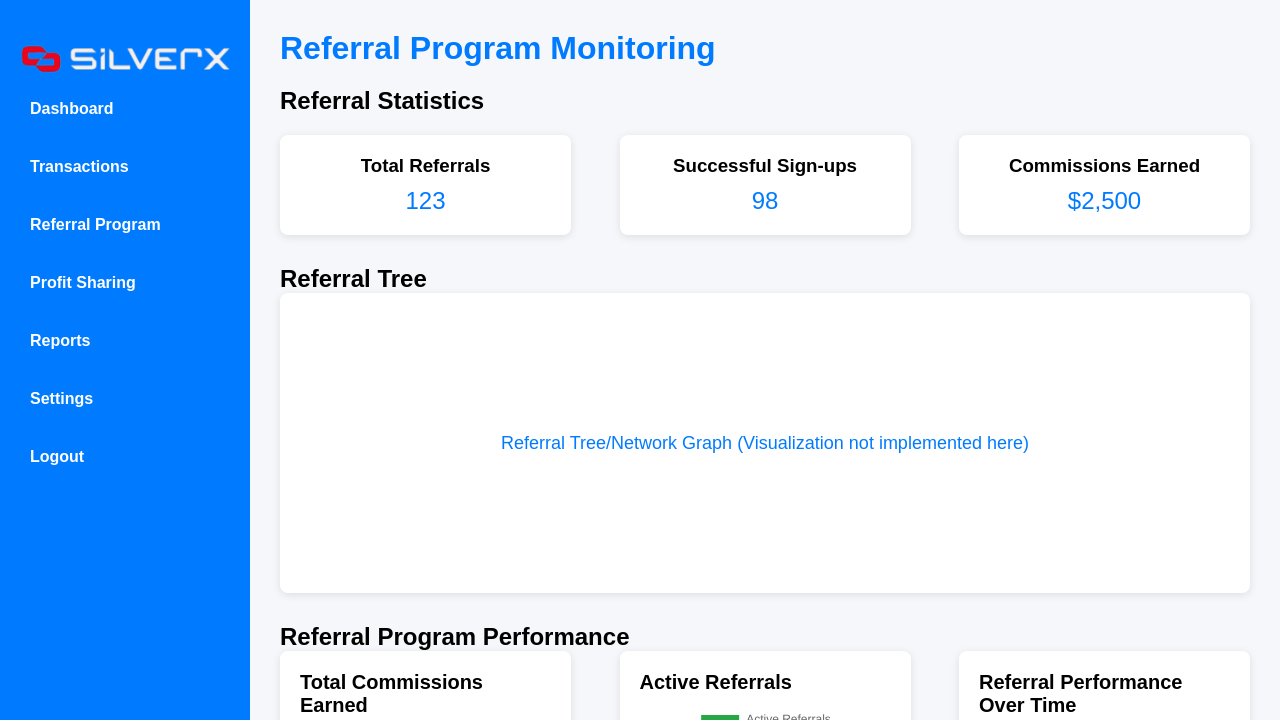
Repository: 2025silverx/slivedrX
Page: indesx3.html
An editor plug-in stored every save of this project. The page is shown before and after a run of saves, followed by the edit.
The browser window is 1280 px wide. The pictures show the whole page.
An inner scrolling area shows only its first screen.

Above is the page before, as saved 2025-01-21 22:21:57.

### indesx3.html
<!DOCTYPE html>
<html lang="en">
<head>
    <meta charset="UTF-8">
    <meta name="viewport" content="width=device-width, initial-scale=1.0">
    <title>Referral Program Monitoring</title>
    <link rel="stylesheet" href="style3.css">
    <!-- Include Chart.js for graphs -->
    <script src="https://cdn.jsdelivr.net/npm/chart.js"></script>
</head>
<body>
    <div id="sidebar-container">
        <div class="sidebar">
            <img src="images/logo.png" alt="Sidebar Logo" class="sidebar-logo">
            <ul class="sidebar-links">
                <li><a href="index.html" class="sidebar-link" data-target="dashboard">Dashboard</a></li>
                <li><a href="index2.html" class="sidebar-link" data-target="transactions">Transactions</a></li>
                <li><a href="indesx3.html" class="sidebar-link" data-target="reports">Referral Program</a></li>
                <li><a href="index4.html" class="sidebar-link" data-target="users">Profit Sharing</a></li>
                <li><a href="index5.html" class="sidebar-link" data-target="reports">Reports</a></li>
                <li><a href="setting.html" class="sidebar-link" data-target="settings">Settings</a></li>
                <li><a href="login.html" class="sidebar-link" data-target="logout">Logout</a></li>
            </ul>
        </div>
    </div>

    <div class="main-content">
        <h1>Referral Program Monitoring</h1>

        <!-- Referral Statistics Section -->
        <section class="referral-statistics">
            <h2>Referral Statistics</h2>
            <div class="statistics">
                <div class="stat-box">
                    <h3>Total Referrals</h3>
                    <p>123</p>
                </div>
                <div class="stat-box">
                    <h3>Successful Sign-ups</h3>
                    <p>98</p>
                </div>
                <div class="stat-box">
                    <h3>Commissions Earned</h3>
                    <p>$2,500</p>
                </div>
            </div>
        </section>

        <!-- Referral Tree/Network Graph -->
        <section class="referral-tree">
            <h2>Referral Tree</h2>
            <div id="networkGraph" class="network-graph">
                <!-- A simple visualization can be added with a plugin like d3.js or cytoscape.js -->
                <p>Referral Tree/Network Graph (Visualization not implemented here)</p>




            </div>
        </section>

        <!-- Referral Performance Graphs -->
        <section class="graphs">
            <h2>Referral Program Performance</h2>
            <div class="graph-container">
                <div class="graph-box">
                    <h3>Total Commissions Earned</h3>
                    <canvas id="commissionsChart"></canvas>
                </div>
                <div class="graph-box">
                    <h3>Active Referrals</h3>
                    <canvas id="referralsChart"></canvas>
                </div>
                <div class="graph-box">
                    <h3>Referral Performance Over Time</h3>
                    <canvas id="performanceChart"></canvas>
                </div>
            </div>
        </section>
    </div>

    <script src="script3.js"></script>
</body>
</html>

### style3.css
/* Reset some default styles */
* {
    margin: 0;
    padding: 0;
    box-sizing: border-box;
}

/* Body and container styles */
body {
    font-family: Arial, sans-serif;
    display: flex;
    height: 100vh;
    background-color: #f5f7fa;
}

/* Sidebar styles */
.sidebar {
    width: 250px;
    background-color: #007bff;
    color: white;
    padding: 20px;
    display: flex;
    flex-direction: column;
    position: sticky;
    top: 0;
    height: 100vh;
    /* Remove any margin or padding at the side */
    margin-right: 0;
}

/* Sidebar heading */
.sidebar h2 {
    margin-bottom: 20px;
    text-align: center;
}

/* Sidebar links */
.sidebar-links {
    list-style: none;
}

.sidebar-links li {
    margin-bottom: 20px; /* Increased margin for better spacing */
}

.sidebar-links a {
    text-decoration: none;
    color: white;
    font-weight: bold;
    display: block;
    padding: 10px;
    font-size: 16px;
    transition: color 0.3s ease;
}

.sidebar-links a:hover {
    color: #f0f0f0; /* Light gray on hover */
}

.sidebar-links a:active {
    color: #ff6347; /* Red color on click */
}

/* Main content area */
.main-content {
    flex: 1;
    padding: 30px;
    overflow-y: auto;
}

h1 {
    color: #007bff;
    margin-bottom: 20px;
}

/* Referral statistics styles */
.referral-statistics {
    margin-bottom: 30px;
}

.referral-statistics h2 {
    margin-bottom: 20px;
    font-size: 24px;
}

.statistics {
    display: flex;
    justify-content: space-between;
}

.stat-box {
    background-color: #ffffff;
    padding: 20px;
    width: 30%;
    border-radius: 8px;
    box-shadow: 0 2px 8px rgba(0, 0, 0, 0.1);
    text-align: center;
}

.stat-box h3 {
    margin-bottom: 10px;
}

.stat-box p {
    font-size: 24px;
    color: #007bff;
}

/* Referral tree/network graph styles */
.referral-tree {
    margin-bottom: 30px;
}

.network-graph {
    background-color: #ffffff;
    padding: 20px;
    border-radius: 8px;
    box-shadow: 0 2px 8px rgba(0, 0, 0, 0.1);
    height: 300px;
    display: flex;
    justify-content: center;
    align-items: center;
}

.network-graph p {
    font-size: 18px;
    color: #007bff;
}

/* Graph containers */
.graphs {
    margin-top: 30px;
}

.graph-container {
    display: flex;
    justify-content: space-between;
    gap: 30px;
}

.graph-box {
    background-color: #ffffff;
    padding: 20px;
    width: 30%;
    border-radius: 8px;
    box-shadow: 0 2px 8px rgba(0, 0, 0, 0.1);
}

.graph-box h3 {
    margin-bottom: 10px;
    font-size: 20px;
}

canvas {
    width: 100%;
    height: 200px;
}

/* Responsive styles */
@media (max-width: 768px) {
    .sidebar {
        width: 200px;
    }

    .main-content {
        padding: 20px;
    }

    .graph-container {
        flex-direction: column;
        gap: 20px;
    }

    .graph-box {
        width: 100%;
    }
}

### script3.js
// Data for the graphs
const commissionsData = {
    labels: ['January', 'February', 'March', 'April', 'May'],
    datasets: [{
        label: 'Commissions Earned',
        data: [1000, 1500, 2000, 2500, 3000],
        backgroundColor: 'rgba(0, 123, 255, 0.5)',
        borderColor: 'rgba(0, 123, 255, 1)',
        borderWidth: 1
    }]
};

const referralsData = {
    labels: ['Active Referrals', 'Inactive Referrals'],
    datasets: [{
        data: [70, 30],
        backgroundColor: ['#28a745', '#ffc107'],
        hoverBackgroundColor: ['#218838', '#e0a800']
    }]
};

const performanceData = {
    labels: ['Week 1', 'Week 2', 'Week 3', 'Week 4', 'Week 5'],
    datasets: [{
        label: 'Referral Performance',
        data: [10, 20, 30, 40, 50],
        backgroundColor: 'rgba(40, 167, 69, 0.5)',
        borderColor: 'rgba(40, 167, 69, 1)',
        borderWidth: 1
    }]
};

// Initialize the charts
window.onload = function() {
    const commissionsChart = new Chart(document.getElementById('commissionsChart'), {
        type: 'bar',
        data: commissionsData,
        options: {
            responsive: true,
            scales: {
                y: { beginAtZero: true }
            }
        }
    });

    const referralsChart = new Chart(document.getElementById('referralsChart'), {
        type: 'pie',
        data: referralsData,
        options: {
            responsive: true
        }
    });

    const performanceChart = new Chart(document.getElementById('performanceChart'), {
        type: 'line',
        data: performanceData,
        options: {
            responsive: true,
            scales: {
                y: { beginAtZero: true }
            }
        }
    });
};

After the next 3 saves:
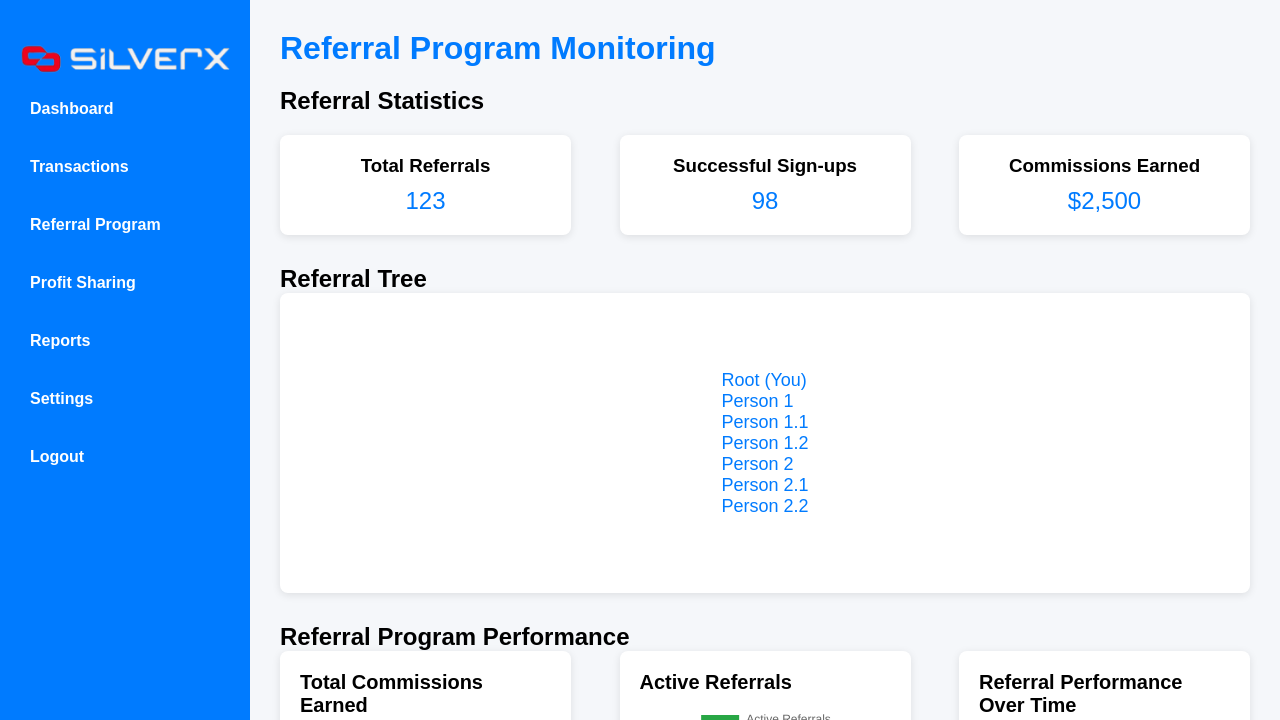
The 3 saves are shown as one change because they came seconds apart.
The last was saved 35 s later.
--- a/indesx3.html
+++ b/indesx3.html
@@ -51,7 +51,38 @@
             <h2>Referral Tree</h2>
             <div id="networkGraph" class="network-graph">
                 <!-- A simple visualization can be added with a plugin like d3.js or cytoscape.js -->
-                <p>Referral Tree/Network Graph (Visualization not implemented here)</p>
+                <!-- <p>Referral Tree/Network Graph (Visualization not implemented here)</p> -->
+
+
+                <div class="tree">
+                    <div class="node" id="root">
+                        <p>Root (You)</p>
+                        <div class="children">
+                            <div class="node">
+                                <p>Person 1</p>
+                                <div class="children">
+                                    <div class="node">
+                                        <p>Person 1.1</p>
+                                    </div>
+                                    <div class="node">
+                                        <p>Person 1.2</p>
+                                    </div>
+                                </div>
+                            </div>
+                            <div class="node">
+                                <p>Person 2</p>
+                                <div class="children">
+                                    <div class="node">
+                                        <p>Person 2.1</p>
+                                    </div>
+                                    <div class="node">
+                                        <p>Person 2.2</p>
+                                    </div>
+                                </div>
+                            </div>
+                        </div>
+                    </div>
+                </div>
 
 
 
